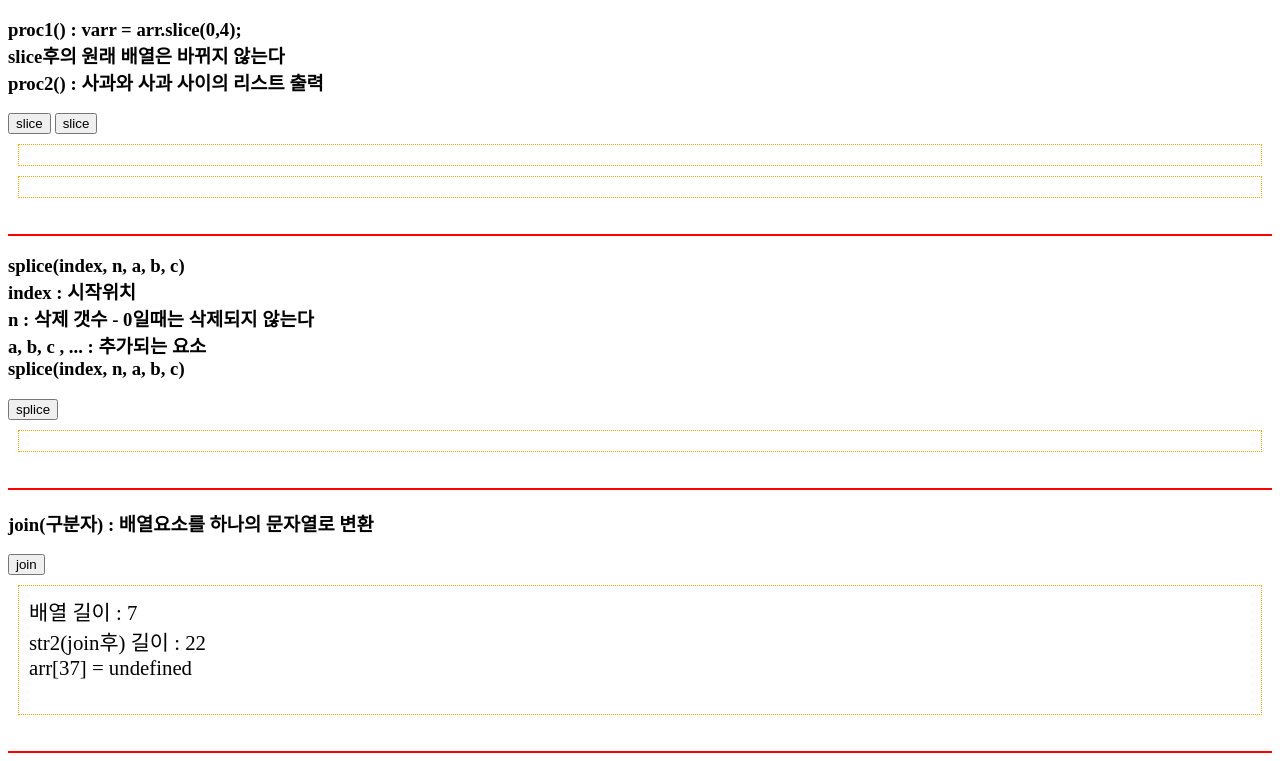
Repository: solsol7/ddit-html
Page: webpro/WebContent/0710/배열메소드2.html
These files come from the project's save history. The page is drawn as it stood at one moment and after the next save; the edit follows.
The browser window is 1280 px wide. The pictures show the whole page.
After loading, the first visible `input[onclick="proc4()"]` was clicked once.

Above is the page before, as saved 2023-07-10 06:40:06.

After the next save:
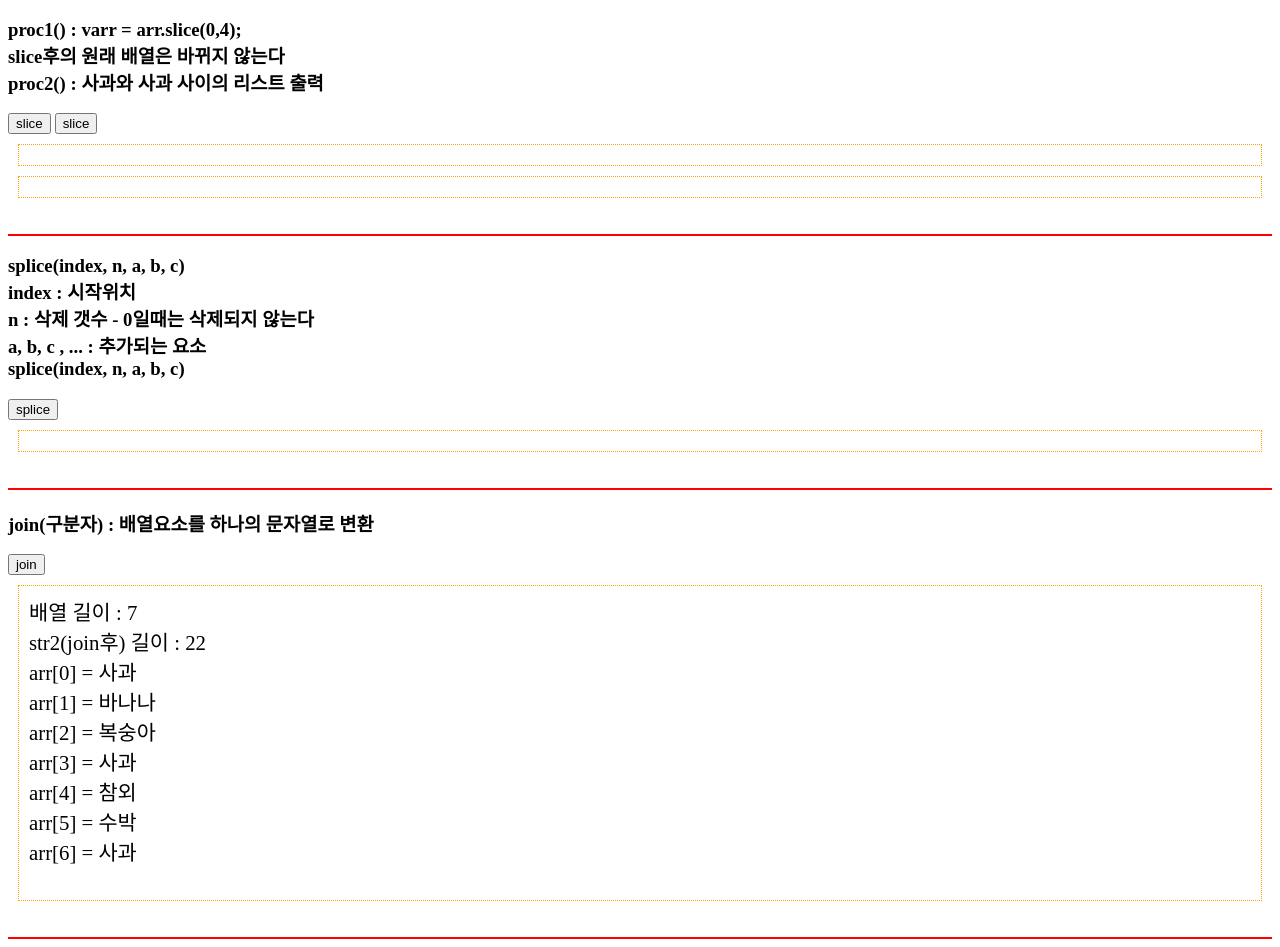
Saved 82 s later.
--- a/webpro/WebContent/0710/배열메소드2.html
+++ b/webpro/WebContent/0710/배열메소드2.html
@@ -71,9 +71,9 @@ proc4 = () => {
 	str2 = arr.join(",");
 
 	str += `str2(join후) 길이 : ${str2.length} <br>`;
-
-	for(i=0; i<str.length; i++){
-		arrstr = `arr[${i}] = ${arr[i]} <br>`;
+	arrstr = "";
+	for(i=0; i<arr.length; i++){
+		arrstr += `arr[${i}] = ${arr[i]} <br>`;
 	}
 
 	str += arrstr + "<br>";
